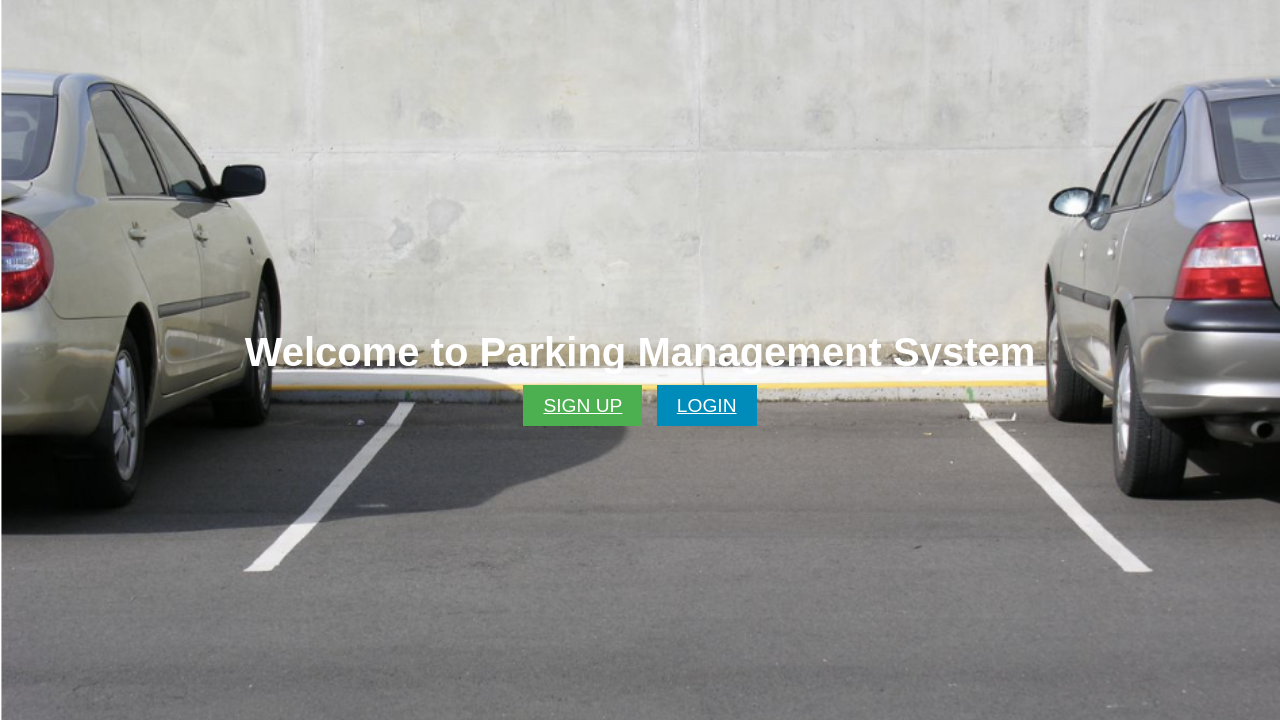
Repository: suryavishakan/parking_management
Page: http://localhost/
The author's editor kept a copy of each file at every save. The page is drawn from the files as they stood at one save, then again after a run of saves.
The browser window is 1280 px wide. The pictures show the whole page.
The page is served by the project's application, run on Flask 3 (app.py). Queries for data that is not in the repository find no rows.

Above is the page before, as saved 2024-04-20 13:24:05.

### templates/homePage.html
<!DOCTYPE html>
<html lang="en">
<head>
    <meta charset="UTF-8">
    <meta name="viewport" content="width=device-width, initial-scale=1.0">
    <title>Welcome to Parking System</title>
    <style>
        body {
            margin: 0;
            padding: 0;
            font-family: Arial, sans-serif;
            background-image: url('static/car_parking_image.jpg');
            background-size: cover;
            background-position: center;
            background-attachment: fixed;
            height: 100vh;
            display: flex;
            justify-content: center;
            align-items: center;
            color: white;
        }
        .container {
            text-align: center;
        }
        h1 {
            font-size: 2.5rem;
            margin-bottom: 20px;
        }
        .btn {
            padding: 10px 20px;
            font-size: 1.2rem;
            text-transform: uppercase;
            border: none;
            cursor: pointer;
            margin: 5px;
        }
        .btn-signup {
            background-color: #4CAF50;
            color: white;
        }
        .btn-login {
            background-color: #008CBA;
            color: white;
        }
        .btn:hover {
            opacity: 0.8;
        }
    </style>
</head>
<body>
    <div class="container">
        <h1>Welcome to Parking Management System</h1>

        <div>
            <a href="templates/signup.html" class="btn btn-signup">Sign Up</a>
            <a href="templates/login.html" class="btn btn-login">Login</a>
        </div>
    </div>
</body>
</html>

### app.py
from flask import Flask, Response, request, render_template, jsonify, redirect, url_for, request, flash, session
import pymongo
import secrets
import json
from bson.objectid import ObjectId
from bson.json_util import dumps
from functools import wraps

app=Flask(__name__ , template_folder='templates')
app.secret_key = secrets.token_hex(32)

try:
    mongo = pymongo.MongoClient(
        host = 'localhost',
        port = 27017,
        serverSelectionTimeoutMS = 1000
    )
    db = mongo.ParkingManagementSystemDb #connect to mongodb1
    users_collection = db.admin
    user_collection = db["customer"]
    #cart_collection = db["cart"]
    mongo.server_info() #trigger exception if cannot connect to db
except:
    print("Error connecting to MongoDB")

@app.route('/get/admin', methods=['GET'])
def displayall():
  try:
    documents = db.admin.find()
    output = [{item: data[item] for item in data if item != '_id'} for data in documents]
    return jsonify(output)
  except Exception as ex:
    response = Response("Search Records Error!!",status=500,mimetype='application/json')
    return response

# Route for signup page
@app.route('/signup', methods=['GET', 'POST'])
def signup():
    if request.method == 'POST':
        # Get form data
        username = request.form['username']
        password = request.form['password']

        # Check if username already exists
        if user_collection.find_one({'username': username}):
            flash('Username already exists. Please choose a different one.', 'error')
            return redirect(url_for('signup'))

        # Insert user data into database
        user_data = {'username': username, 'password': password}
        user_collection.insert_one(user_data)

        flash('Signup successful. You can now login.', 'success')
        return redirect(url_for('login'))

    return render_template('signup.html')

# Route to get an employee by name
@app.route('/get/user/<user_name>', methods=['GET'])
def get_user_by_name(user_name):
    try:
        # Using a case-insensitive query to match employee name
        document = db.user.find_one({"user_name": {"$regex": f'^{user_name}$', "$options": 'i'}})

        if document:
            # Exclude _id field from the response
            output = {item: document[item] for item in document if item != '_id'}
            return jsonify(output)
        else:
            return Response("USER not found", status=404, mimetype='application/json')

    except Exception as ex:
        app.logger.error(f"Error retrieving user by name: {ex}")
        return Response("Internal Server Error", status=500, mimetype='application/json')

# Route to get all employees
@app.route('/get/allusers', methods=['GET'])
def get_all_users():
    try:
        # Fetch all documents from the 'employee' collection
        documents = db.user.find()

        # Format the response excluding the _id field
        output = [{item: data[item] for item in data if item != '_id'} for data in documents]

        return jsonify(output)

    except Exception as ex:
        app.logger.error(f"Error retrieving all employees: {ex}")
        return Response("Internal Server Error", status=500, mimetype='application/json')

# Route to update employee details by name
@app.route('/update/user/<user_name>', methods=['PUT'])
def update_user_by_name(user_name):
    try:
        # Using a case-insensitive query to match employee name
        result = db.user.update_one(
            {"employee_name": {"$regex": f'^{user_name}$', "$options": 'i'}},
            {"$set": request.get_json()}
        )

        if result.modified_count > 0:
            return Response("User details updated successfully", status=200, mimetype='application/json')
        else:
            return Response("User not found", status=404, mimetype='application/json')

    except Exception as ex:
        app.logger.error(f"Error updating User details by name: {ex}")
        return Response("Internal Server Error", status=500, mimetype='application/json')

@app.route('/')
def homePage():
    try:
        # Fetch all products from the database
        products_cursor = db.product.find()

        # Convert the cursor to a list of dictionaries
        products = list(products_cursor)

        return render_template('homePage.html', products=products)
    except Exception as ex:
        app.logger.error(f"Error fetching products: {ex}")
        flash('Error fetching products', 'error')
        return render_template('homePage.html', products=[])

# Flask route to render the profile page
@app.route('/profile')
def profile():
    try:
        # Assuming you have a collection named 'users' in your MongoDB
        # Fetch user details from the 'users' collection
        user = db.user.find_one({'username': session['username']})

        if user:
            # Render the profile template with the user details
            return render_template('profile.html', user=user)
        else:
            flash('User details not found', 'error')
            return redirect(url_for('login'))
    except Exception as ex:
        app.logger.error(f"Error fetching user details: {ex}")
        flash('Error fetching user details', 'error')
        return redirect(url_for('login'))

@app.route('/select_user_type', methods=['POST'])
def select_user_type():
    user_type = request.form.get('userType')

    if user_type == 'admin':
        return redirect(url_for('login'))
    elif user_type == 'user':
        return redirect(url_for('login'))
    else:
        flash('Invalid user type selected', 'error')
        return redirect(url_for('index'))

# Update the Flask route for handling login
@app.route('/login', methods=['GET', 'POST'])
def login():
    if request.method == 'POST':
        username = request.form.get('username')
        password = request.form.get('password')

        # Query MongoDB for admin details
        admin_user = users_collection.find_one({'username': username, 'password': password})

        if admin_user:
            # Store admin credentials in the session
            session['username'] = username
            session['password'] = password

            return redirect(url_for('admin_panel'))
        else:
            # Query MongoDB for user details
            user_user = db.user.find_one({'username': username, 'password': password})

            if user_user:
                # Store user credentials in the session
                session['username'] = username
                session['password'] = password

                return redirect(url_for('user_details'))
            else:
                flash('Invalid username or password', 'error')

    return render_template('login.html')


# New route for employee details
@app.route('/user_details')
def user_details():
    # Check if user is authenticated as an employee
    try:
    # if 'username' in session and 'password' in session == 'employee':
        # Fetch employee details based on the stored credentials
        user = db.user.find_one({'username': session['username'], 'password': session['password']})

        if user:
            return render_template('user_details.html', user=user)
        else:
            flash('Unauthorized access', 'error')
            return redirect(url_for('login'))

    except Exception as ex:
        app.logger.error(f"Error fetching user data: {ex}")
        flash(f'Error fetching user data: {ex}', 'error')

    return render_template('user_details.html', user={})

# Route to render the update employee page
@app.route('/update_user/<user_name>', methods=['GET', 'POST'])
def update_user_page(user_name):
    try:
        # Fetch the employee details from the database using the employee name
        user = db.user.find_one({"user_name": {"$regex": f'^{user_name}$', "$options": 'i'}})

        if user:
            # Render the update employee page with the employee details
            return render_template('update_user.html', user=user)
        else:
            return Response("User not found", status=404, mimetype='application/json')

    except Exception as ex:
        app.logger.error(f"Error rendering update_user page: {ex}")
        return Response("Internal Server Error", status=500, mimetype='application/json')

# Route to handle the form submission for updating employee details
@app.route('/submit_update_user/<user_name>', methods=['POST'])
def submit_update_user(user_name):
    try:
        # Use the employee name parameter to identify the employee being updated
        user_name = user_name

        # Update the employee details in the database using request.form.to_dict()
        updated_user_data = request.form.to_dict()

        # Assuming you have a 'employee' collection in your MongoDB
        result = db.user.update_one(
            {"user_name": {"$regex": f'^{user_name}$', "$options": 'i'}},
            {"$set": request.form.to_dict()}
        )

        if result.modified_count > 0:
            flash('user details updated successfully', 'success')
        else:
            flash('user not found', 'error')

    except Exception as ex:
        app.logger.error(f"Error updating user details: {ex}")
        flash('Error updating user details', 'error')

    # Redirect to the admin page after the update
    return redirect(url_for('admin'))

# Route for admin panel
@app.route('/admin', methods=['GET', 'POST'])
def admin_panel():
    if 'username' in session and 'password' in session:
        # Check if the user is an admin
        admin_user = users_collection.find_one({'username': session['username'], 'password': session['password']})
        if admin_user:
            # Render the admin panel page
            return render_template('admin.html')

    # If user is not authenticated or not an admin, redirect to login page
    flash('Unauthorized access', 'error')
    return redirect(url_for('login'))


if __name__ == '__main__':
    app.run(port=5000, debug=True)

After the next 2 saves:
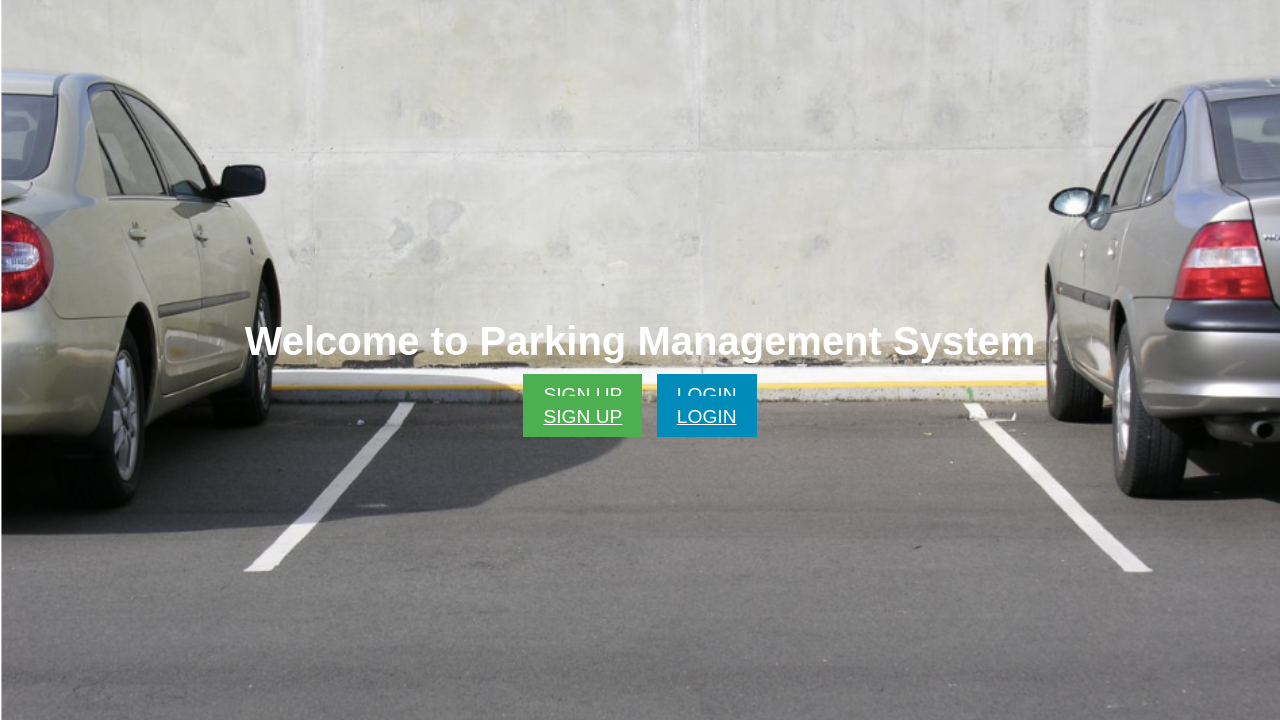
The 2 saves are shown as one change because they came seconds apart.
The last was saved 58 s later.
--- a/templates/homePage.html
+++ b/templates/homePage.html
@@ -55,6 +55,10 @@
             <a href="templates/signup.html" class="btn btn-signup">Sign Up</a>
             <a href="templates/login.html" class="btn btn-login">Login</a>
         </div>
+        <div>
+            <a href="{{ url_for('signup') }}" class="btn btn-signup">Sign Up</a>
+            <a href="{{ url_for('login') }}" class="btn btn-login">Login</a>
+        </div>
     </div>
 </body>
 </html>

After the 4 saves that followed:
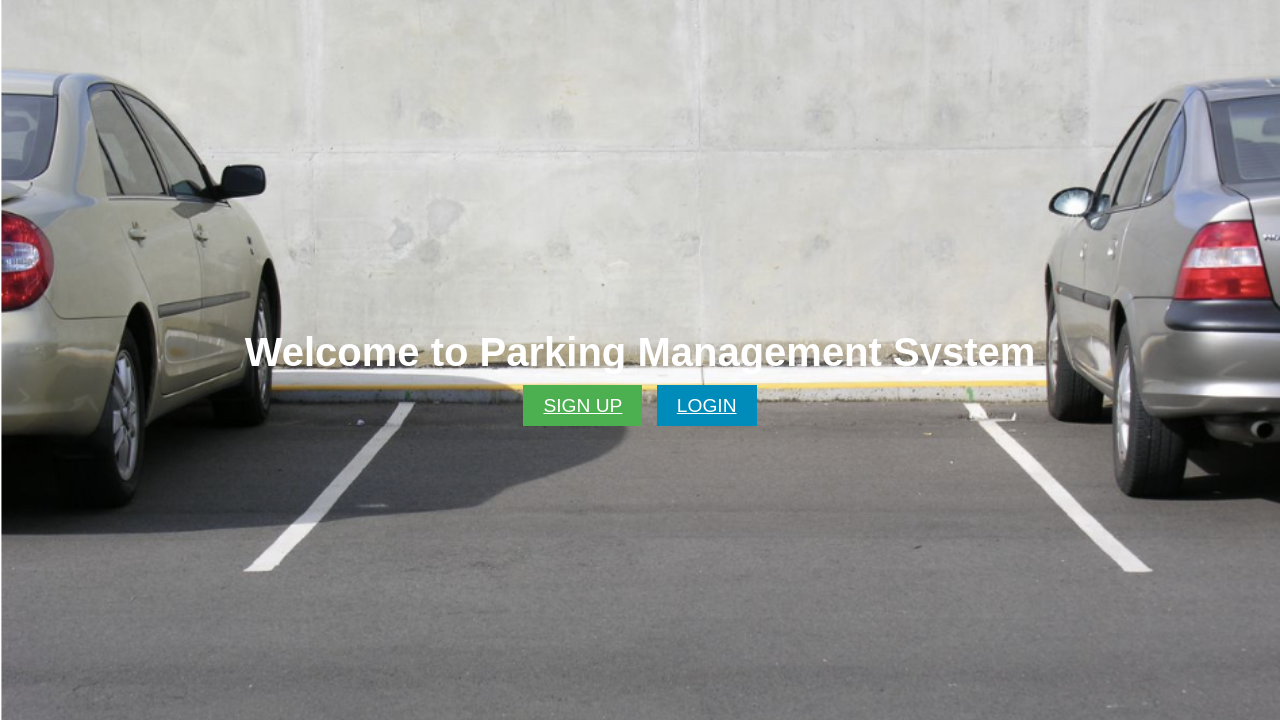
The 4 saves are shown as one change because 2 did not build or start and some came seconds apart.
The last was saved 18 s later.
--- a/templates/homePage.html
+++ b/templates/homePage.html
@@ -52,10 +52,6 @@
         <h1>Welcome to Parking Management System</h1>
 
         <div>
-            <a href="templates/signup.html" class="btn btn-signup">Sign Up</a>
-            <a href="templates/login.html" class="btn btn-login">Login</a>
-        </div>
-        <div>
             <a href="{{ url_for('signup') }}" class="btn btn-signup">Sign Up</a>
             <a href="{{ url_for('login') }}" class="btn btn-login">Login</a>
         </div>
